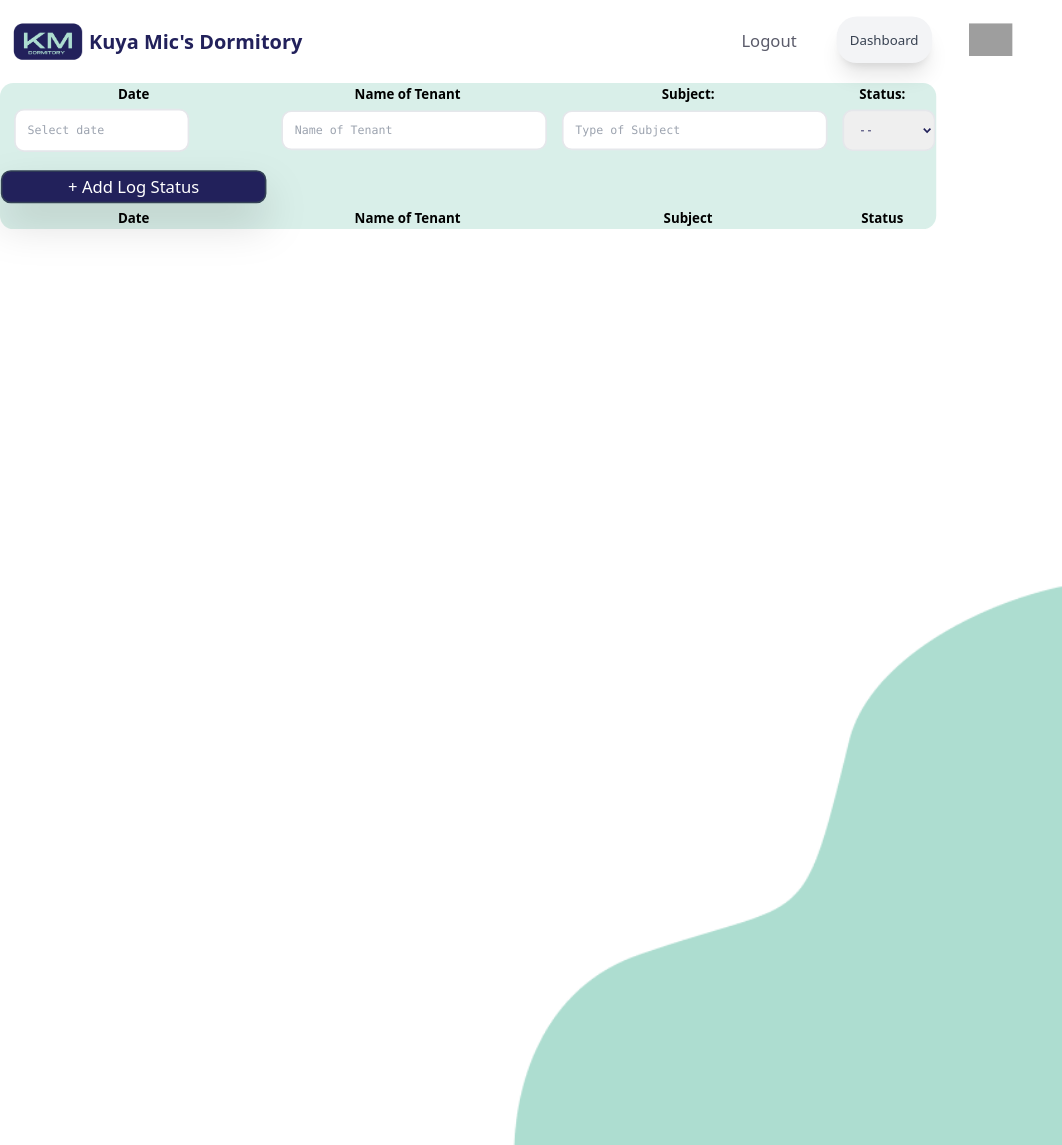
Repository: theamgri/Dormitory-Management-System
Page: logstatus.html
An editor plug-in stored every save of this project. The page is shown before and after the next save, followed by the edit.
The browser window is 1280 px wide. The pictures show the whole page, at 83% of full size.
Pictures or frames that could not be fetched are drawn as grey boxes. Some web libraries are served in a nearby version.

Above is the page before, as saved 2023-02-28 11:38:41.

### logstatus.html
<!DOCTYPE html>
<html lang="en">
<head>
    <script src="https://cdn.tailwindcss.com"></script>
    <script src="https://unpkg.com/flowbite@1.5.5/dist/datepicker.js"></script>
    <meta charset="UTF-8">
    <meta http-equiv="X-UA-Compatible" content="IE=edge">
    <meta name="viewport" content="width=device-width, initial-scale=1.0">
    <link rel="icon" type="image/x-icon" href="/assets/logo.png">
    <title>Tenant Log Status</title>


    <nav class="bg-white border-gray-200 px-2 lg:px-4 py-1 rounded dark:bg-gray-100">
        <div class="container flex flex-wrap items-center justify-between mx-auto">
          <a href="https://flowbite.com/" class="flex items-left">
              <img src="/assets/logo.png" class="h-11" alt="KM Logo" />
              <span class="self-center align-middle pl-2 text-2xl font-Montserrat font-bold whitespace-nowrap" style="color: #22215B">Kuya Mic's Dormitory </span>
          </a>

          <button data-collapse-toggle="navbar-default" type="button" class="inline-flex items-center p-2 ml-3 text-sm text-gray-500 rounded-lg md:hidden hover:bg-gray-100 focus:outline-none focus:ring-2 focus:ring-gray-200 dark:text-gray-400 dark:hover:bg-gray-700 dark:focus:ring-gray-600" aria-controls="navbar-default" aria-expanded="false">
          <svg class="w-6 h-6" aria-hidden="true" fill="currentColor" viewBox="0 0 20 20" xmlns="http://www.w3.org/2000/svg"><path fill-rule="evenodd" d="M3 5a1 1 0 011-1h12a1 1 0 110 2H4a1 1 0 01-1-1zM3 10a1 1 0 011-1h12a1 1 0 110 2H4a1 1 0 01-1-1zM3 15a1 1 0 011-1h12a1 1 0 110 2H4a1 1 0 01-1-1z" clip-rule="evenodd"></path></svg>
          </button>
          <div class="hidden w-full md:block md:w-auto" id="navbar-default">
            <ul class="flex flex-col p-4 mt-4 border border-gray-100 rounded-lg md:flex-row md:space-x-8 md:mt-0 md:text-sm md:font-medium md:border-0">
              <li>
                <a href="login.html" class="block bg-blue-700 font-Montserrat rounded text-xl md:bg-transparent md:text-blue-700 md:p-4" aria-current="page" style="color: #5A5B6A">Logout</a>
              </li>
              <li>
                <a href="home.html" class="block shadow-xl bg-gray-100 font-Montserrat rounded-3xl text-base md:text-gray-700 md:p-4" aria-current="page">Dashboard</a>
              </li>
              <li>
                <a href="#" class="block py-2 pl-3 pr-4" aria-current="page"><img src="https://icones.pro/wp-content/uploads/2021/02/icone-utilisateur-gris.png" class="h-1 mr-3 sm:h-10" alt="KM Logo" /></a>
              </li>
            </ul>
          </div>

        </div>
      </nav>
</head>
<body>
    <div class="w-full bg-cover bg-bottom" style="height: 80rem; background-image: url(/assets/background.png);">
        <table id="table" class="table-fixed" style="background-color: #adddd075; border-radius: 1rem;">
            <thead>
              <tr>
                <th>Date</th>
                <th>Name of Tenant</th>
                <th>Subject:</th>
                <th>Status:</th>
              </tr>
            </thead>

            <tbody>
              <tr>
                <td><input id="date" datepicker type="text" class="block border-2  font-mono mt-1 ml-4 mb-4 p-3.5 bg-gray-10 text-gray-900 sm:text-sm rounded-xl dark:bg-gray-100 dark:placeholder-gray-400" placeholder="Select date" style="color: #22215B;";></td>
                <td><input id="name" type="text" style="height: 3rem; width:20rem;" placeholder="Name of Tenant" class="block border-2  font-mono mt-1 ml-4 mb-4 p-3.5 bg-gray-10 text-gray-900 sm:text-sm rounded-xl dark:bg-gray-100 dark:placeholder-gray-400"></td>
                <td><input id="subject" type="text" style="height: 3rem; width:20rem;" placeholder="Type of Subject" class="block border-2  font-mono mt-1 ml-4 mb-4 p-3.5 bg-gray-10 text-gray-900 sm:text-sm rounded-xl dark:bg-gray-100 dark:placeholder-gray-400"></td>
                <td><select id="status" class="block border-2  font-mono mt-1 ml-4 mb-4 p-3.5 bg-gray-10 text-gray-900 sm:text-sm rounded-xl dark:bg-gray-100 dark:placeholder-gray-400" style="color: #22215B;">
                    <option>--</option>
                    <option>Log in</option>
                    <option>Log out</option>
                </select></td>
            </tr>

            </tbody>
            <thead>
              <tr><th><button onclick="addRow()" type="submit" class="border-2 border-slate-700 drop-shadow-2xl mt-1 mb-1 text-xl text-white bg-primary-600 font-medium rounded-xl text-md px-10 py-0 sm:text-center" style="background-color:#22215B; height: 2.5rem; width: 20rem;">+ Add Log Status</button></th></tr>
                <tr>
                    <th>Date</th>
                    <th>Name of Tenant</th>
                    <th>Subject</th>
                    <th>Status</th>

                  </tr>

            </thead>
            <tbody class="table-fixed">

                <script>
                  //function para maka add ng row inside table
              function addRow() {
                var tableRow = document.getElementById("table");
                var info1 = document.getElementById("date").value; //para sa date
                var info2 = document.getElementById("name").value; //para sa name
                var info3 = document.getElementById("subject").value; //para sa subject
                var info4 = document.getElementById("status").value; //para sa value
                var row = document.createElement("tr");
                var cell1 = document.createElement("td");
                var cell2 = document.createElement("td");
                var cell3 = document.createElement("td");
                var cell4 = document.createElement("td");
                 cell1.innerHTML = info1;
                 cell2.innerHTML = info2;
                 cell3.innerHTML = info3;
                 cell4.innerHTML = info4;


                 row.appendChild(cell1);
                 row.appendChild(cell2);
                 row.appendChild(cell3);
                 row.appendChild(cell4);
                 tableRow.appendChild(row);
                }


                </script>

            </tbody>
          </table>




          </div>
</body>
</html>

After the next save:
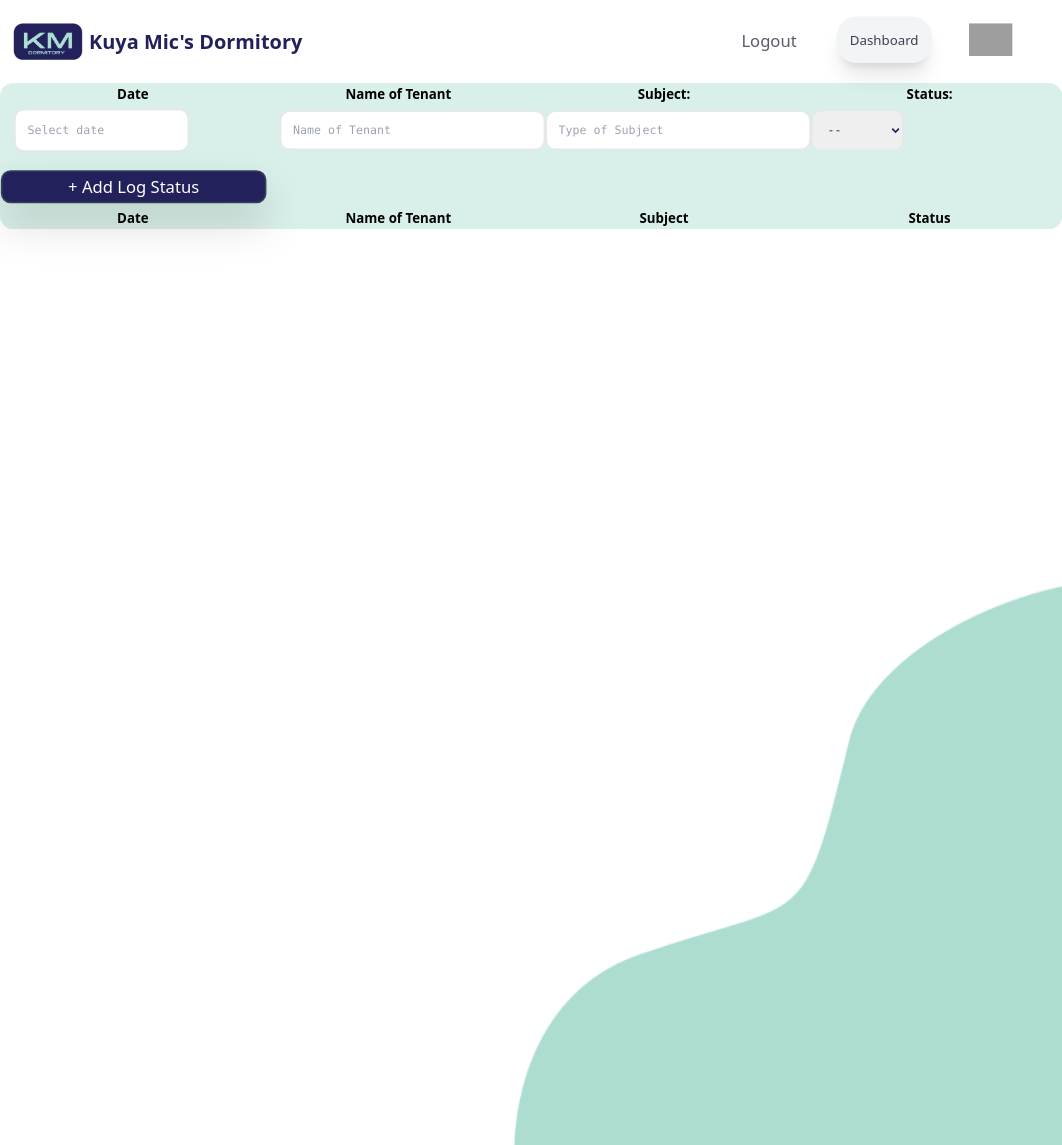
Saved 77 s later.
--- a/logstatus.html
+++ b/logstatus.html
@@ -39,7 +39,7 @@
 </head>
 <body>
     <div class="w-full bg-cover bg-bottom" style="height: 80rem; background-image: url(/assets/background.png);">
-        <table id="table" class="table-fixed" style="background-color: #adddd075; border-radius: 1rem;">
+        <table id="table" class="table-fixed w-full" style="background-color: #adddd075; border-radius: 1rem;">
             <thead>
               <tr>
                 <th>Date</th>

After the save that followed:
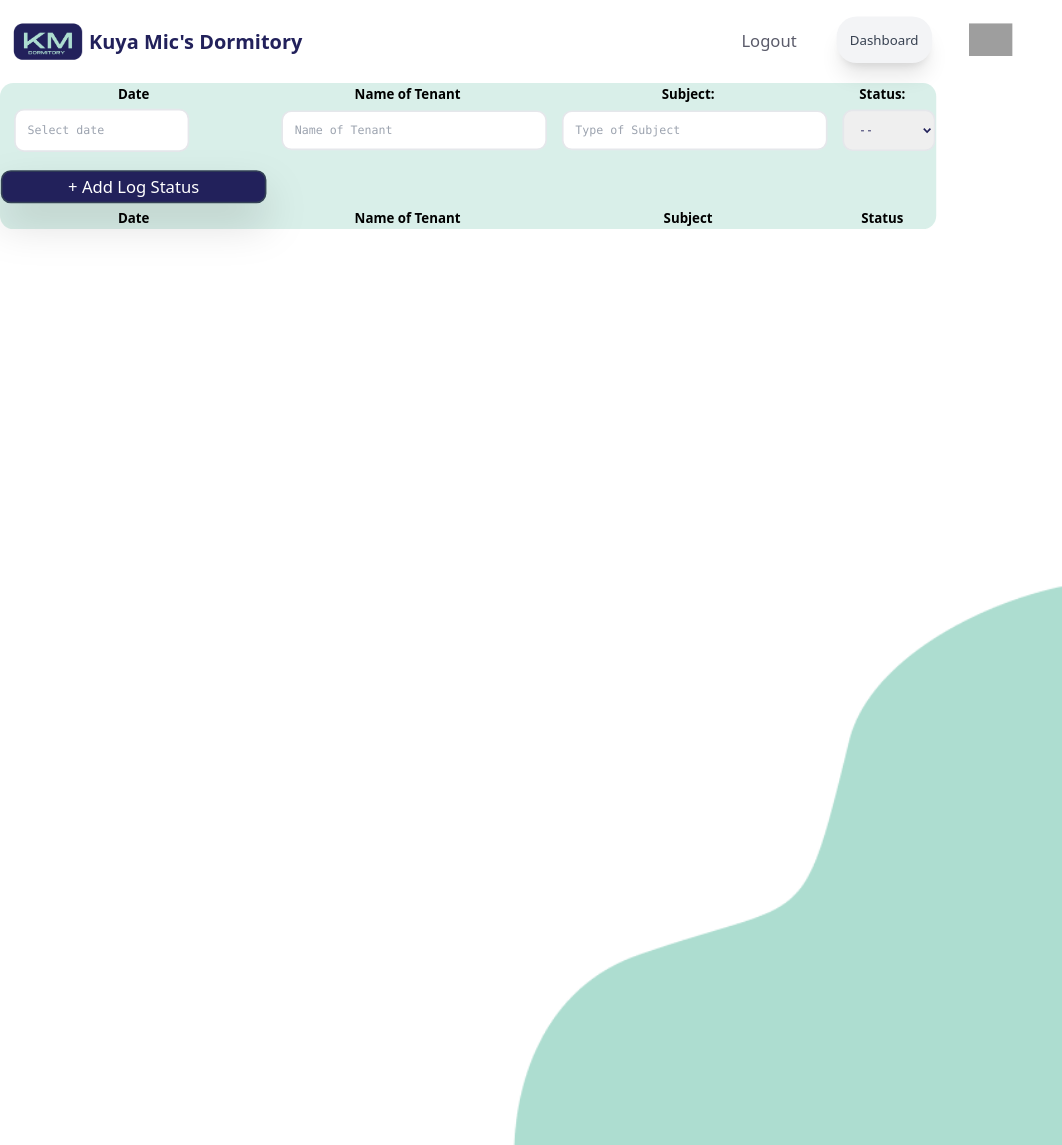
Saved 57 s later.
--- a/logstatus.html
+++ b/logstatus.html
@@ -39,7 +39,7 @@
 </head>
 <body>
     <div class="w-full bg-cover bg-bottom" style="height: 80rem; background-image: url(/assets/background.png);">
-        <table id="table" class="table-fixed w-full" style="background-color: #adddd075; border-radius: 1rem;">
+        <table id="table" class="table-fixed w-50" style="background-color: #adddd075; border-radius: 1rem;">
             <thead>
               <tr>
                 <th>Date</th>
